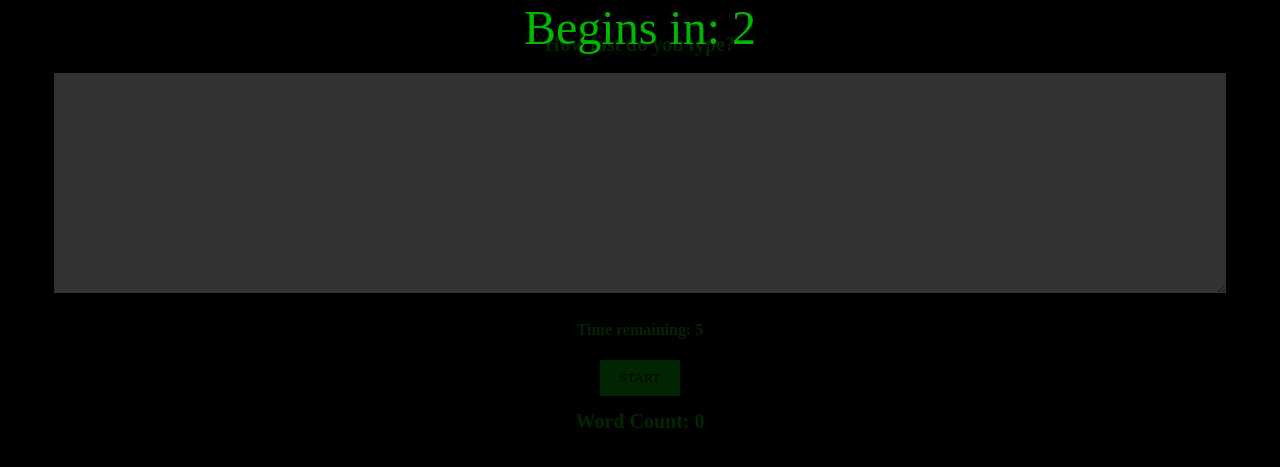
Repository: Lakshyyaa/Speed-Test
Page: /, after clicking the first element matching `button`
An editor plug-in stored every save of this project. The page is shown before and after the next save, followed by the edit.
The browser window is 1280 px wide. The pictures show the whole page.
The page's requests for data from a server got no answer. The project was rebuilt for these pictures with package versions that can differ from the ones it lists, and the page was loaded fresh each time. No one was signed in, and anything a server would have sent is missing. Also part of the build but not shown: src/Logic.js.

Above is the page before, as saved 2023-04-05 15:46:06.

After the next save:
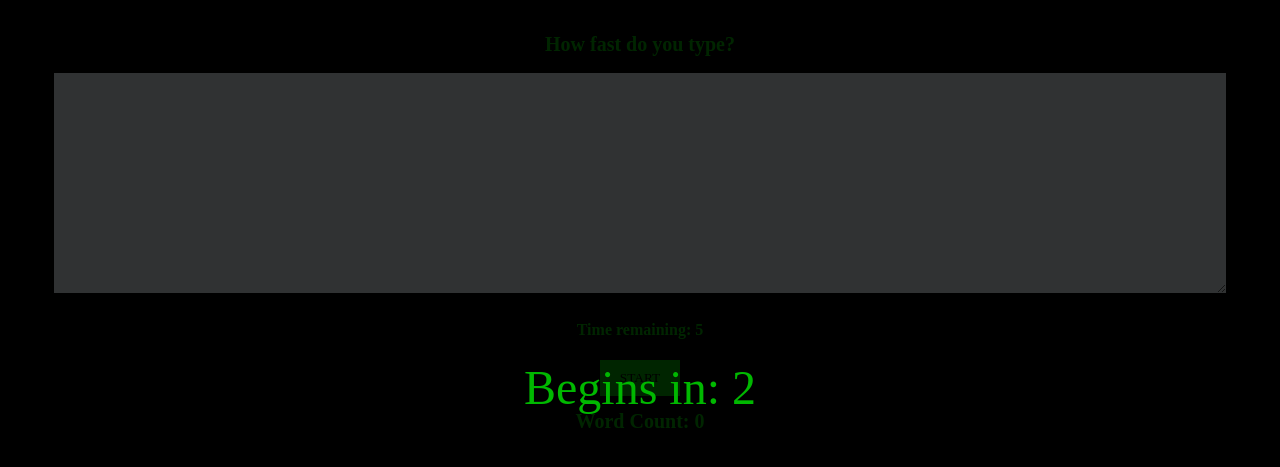
Saved 4 s later.
--- a/src/styles.css
+++ b/src/styles.css
@@ -13,8 +13,8 @@
     z-index: 20;
     position: fixed;
     top: 50%;
-    left: 50%;
-    transform: translate(-50%, -50%);
+    /* left: 50%;
+    transform: translate(-50%, -50%); */
     font-size: 3rem;
     display: none;
     height: 100%;

After the 3 saves that followed:
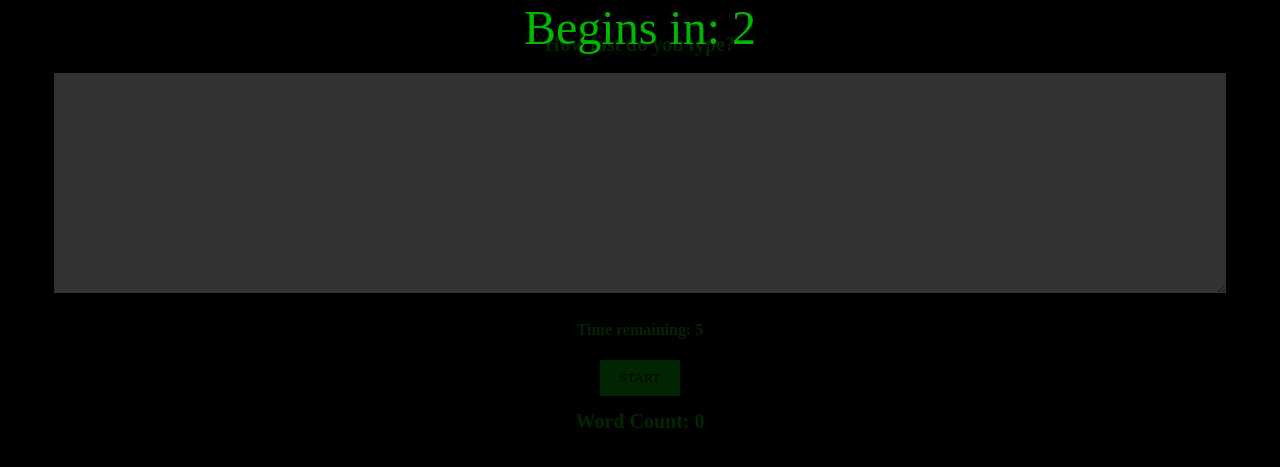
The 3 saves are shown as one change because they came seconds apart.
The last was saved 14 s later.
--- a/src/styles.css
+++ b/src/styles.css
@@ -13,8 +13,8 @@
     z-index: 20;
     position: fixed;
     top: 50%;
-    /* left: 50%;
-    transform: translate(-50%, -50%); */
+    left: 50%;
+    transform: translate(-50%, -50%);
     font-size: 3rem;
     display: none;
     height: 100%;
